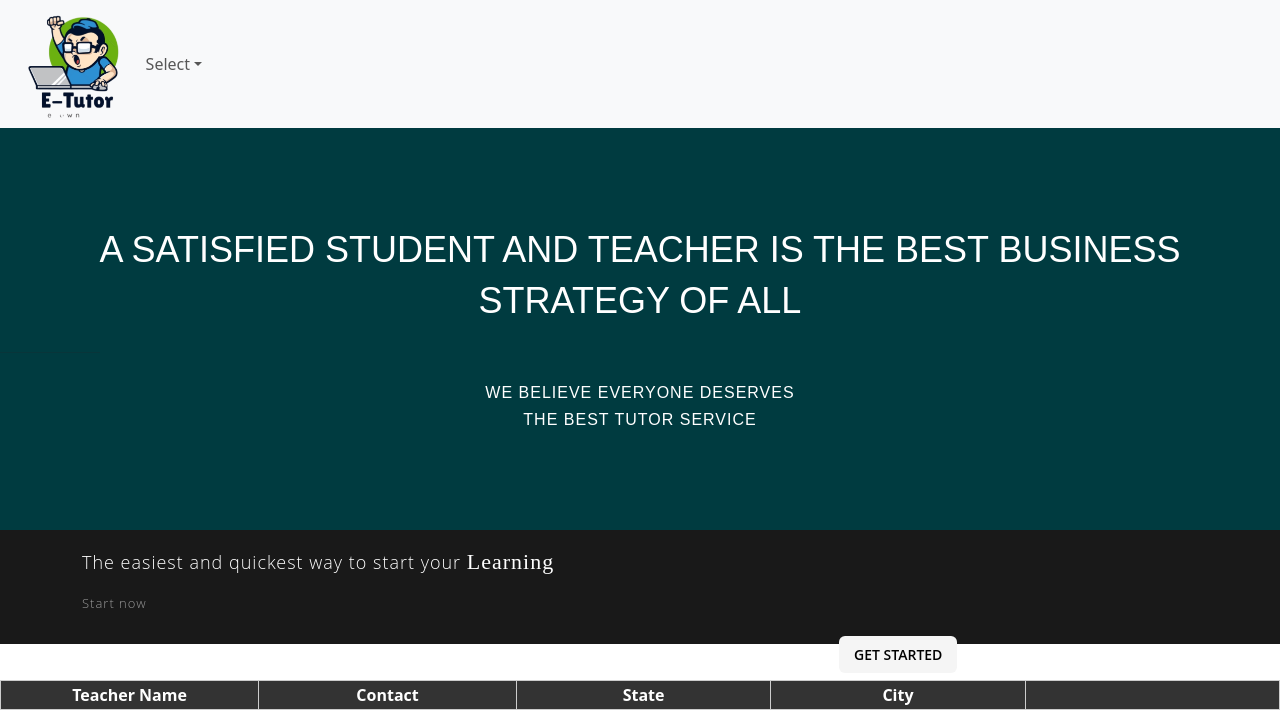
Repository: shailesh89-art/E-tutor-springboot-hibernate
Page: http://localhost/TUTOR_INVENTOR_1/pages/list_searching_tutor.jsp
The author's editor kept a copy of each file at every save. The page is drawn from the files as they stood at one save, then again after the next save.
The browser window is 1280 px wide. The pictures show the whole page.
The page is served by Tomcat 9. Other server files are loaded and not shown. The template is opened directly, without the code that normally fills it, so the values that code supplies are empty.

Above is the page before, as saved 2023-05-03 14:54:03.

### TUTOR_INVENTOR_1/src/main/webapp/pages/list_searching_tutor.jsp
<%@ taglib uri="http://www.springframework.org/tags/form" prefix="form"%> <%@ taglib uri="http://java.sun.com/jsp/jstl/core" prefix="c"%>
<!doctype html>
<html lang="en">
  <head>
    <!-- Required meta tags -->
    <meta charset="utf-8">
    <meta name="viewport" content="width=device-width, initial-scale=1, shrink-to-fit=no">

    <!-- Bootstrap CSS -->
      <link href="https://cdn.jsdelivr.net/npm/bootstrap@5.3.0-alpha1/dist/css/bootstrap.min.css" rel="stylesheet" integrity="sha384-GLhlTQ8iRABdZLl6O3oVMWSktQOp6b7In1Zl3/Jr59b6EGGoI1aFkw7cmDA6j6gD" crossorigin="anonymous">
    <script src="https://cdn.jsdelivr.net/npm/bootstrap@5.3.0-alpha1/dist/js/bootstrap.bundle.min.js" integrity="sha384-w76AqPfDkMBDXo30jS1Sgez6pr3x5MlQ1ZAGC+nuZB+EYdgRZgiwxhTBTkF7CXvN" crossorigin="anonymous"></script>
    <link rel="stylesheet" href="https://cdnjs.cloudflare.com/ajax/libs/font-awesome/4.7.0/css/font-awesome.min.css">
      <title>Tutor Search List</title>
    <style>




     .banner {

            background-size: cover;
            background-repeat: no-repeat;
            background-position: center center;
            width: 100%;
            height: 100%;
              background-color: #00838F;
        }

        .banner .opacity_overlay {
            height: 100%;
            width: 100%;
            background: rgba(0, 0, 0, 0.55);
            padding-top: 100px;
        }

        .banner .opacity_overlay .info {
            text-align: center;
            font-family: 'Montserrat', sans-serif;
        }

        .banner .opacity_overlay .info h2 {
            color: #fff;
            text-transform: uppercase;
            font-size: 36px;
        }

        .banner .opacity_overlay .info hr {
            width: 100px;
            margin-top: 30px;
            margin-bottom: 30px;
        }

        .banner .opacity_overlay .info h3 {
            color: #fff;
            text-transform: uppercase;
            font-size: 16px;
            letter-spacing: 1px;
        }

        .banner .opacity_overlay .secondary_layer {
            background: #191919;
            margin-top: 100px;
            padding-top: 15px;
            padding-bottom: 15px;
            font-family: "Open Sans", Arial, sans-serif;
        }

        .banner .opacity_overlay .secondary_layer .msg {
            font-size: 18px;
            color: #fff;
            font-weight: 300;
            letter-spacing: 1px;
        }

        .banner .opacity_overlay .secondary_layer .msg span {
            font-family: "Shadows Into Light", cursive;
            font-size: 22px;
        }

        .banner .opacity_overlay .secondary_layer .quote {
            font-size: 13px;
            color: #999;
            font-weight: 300;
            letter-spacing: 1px;
        }

        .banner .opacity_overlay .secondary_layer .btn {
            text-decoration: none;
            color: #000;
        }

        .banner .opacity_overlay .secondary_layer .btn button {
            background: #F5F5F5;
            border: none;
            border-radius: 6px;
            padding: 8px 15px;
            text-transform: uppercase;
            font-weight: 600;
            font-size: 14px;
            outline: none;
            transition: background-color 0.2s ease;
        }

        .banner .opacity_overlay .secondary_layer .btn button:hover {
            background: #000;
            color: #fff;
        }

        /* Font size change on browser resize */

        @media screen and (max-width: 991px) {
        .banner .opacity_overlay .info h2 {
            font-size: 30px;
        }
        }

        @media screen and (max-width: 768px) {
        .banner .opacity_overlay .info h2 {
            font-size: 26px;
        }
        }

        @media screen and (max-width: 631px) {
        .banner .opacity_overlay .info h2 {
            font-size: 22px;
        }
        }

        @media screen and (max-width: 534px) {
        .banner .opacity_overlay .info h2 {
            font-size: 20px;
        }
        }

        @media screen and (max-width: 991px) {
        .banner .opacity_overlay .info h3 {
            font-size: 12px;
        }
        }

        @media screen and (max-width: 534px) {
        .banner .opacity_overlay .info h3 {
            font-size: 10px;
        }
        }

        @media screen and (max-width: 768px) {
        .banner .opacity_overlay .secondary_layer .msg {
            font-size: 16px;
        }
        }

        @media screen and (max-width: 534px) {
        .banner .opacity_overlay .secondary_layer .msg {
            font-size: 13px;
        }
        }

        @media screen and (max-width: 768px) {
        .banner .opacity_overlay .secondary_layer .msg span {
            font-size: 18px;
        }
        }

        @media screen and (max-width: 534px) {
        .banner .opacity_overlay .secondary_layer .msg span {
            font-size: 16px;
        }

        }
        }
        /*search button*/




        .advanced{

            text-decoration: none;
            font-size: 15px;
            font-weight: 500;
        }


        .btn-secondary,
        .btn-secondary:focus,
        .btn-secondary:active


         {
            color: #fff;
            background-color: #00838f !important;
            border-color: #00838f !important;
            box-shadow: none;
        }


        .advanced{

            color: #00838f !important;
        }




    /* for table csss*/
    table {
  width: 100%;
  border-collapse: collapse;
	}
	tr:nth-of-type(odd) {
  background: #eee;
}
th {
  background: #333;
  color: white;
  font-weight: bold;
}
#tb{

	background:white;
}
td, th {
width:5%;
  padding: 2px;
  border: 1px solid #ccc;
  text-align: center;
}
@media screen and (max-width: 600px) {
 table {
  width: 100%;
  border-collapse: collapse;
	}
	tr:nth-of-type(odd) {
  background: #eee;
}
th {
  background: #333;
  color: white;
  font-weight: bold;
}
#tb{

	background:white;
}
td, th {
width:5%;
  padding: 2px;
  border: 1px solid #ccc;
  text-align: center;
}
}







#logo{
        width: 10%;
      }
      @media only screen and (max-width:767px){


     #logo{
        width: 19%;
      }

}






/* general styling */


   }
    </style>
  </head>
  <body>
  <nav class="navbar navbar-expand-lg navbar-light bg-light">
        <div class="container-fluid">
         <img  id="logo" src="Assets/imgs/Screenshot_(160)-transformed (1)-fotor-bg-remover-20230423203452.png" alt="">
          <button class="navbar-toggler" type="button" data-bs-toggle="collapse" data-bs-target="#navbarColor03" aria-controls="navbarColor03" aria-expanded="false" aria-label="Toggle navigation">
            <span class="navbar-toggler-icon"></span>
          </button>
          <div class="collapse navbar-collapse" id="navbarColor03">
            <ul class="navbar-nav me-auto">

              <li class="nav-item dropdown">
                <a class="nav-link dropdown-toggle" data-bs-toggle="dropdown" href="#" role="button" aria-haspopup="true" aria-expanded="false">Select</a>
                <div class="dropdown-menu">
                  <a class="dropdown-item" href="ebook_list">Ebook</a>
                  <a class="dropdown-item" href="contact_form">Contact us</a>
                  <a class="dropdown-item" href="/parentlogout">Log Out</a>
                  </div>
              </li>

            </ul>
          </div>
        </div>
      </nav>
      <div class="banner">
    	<div class="opacity_overlay">
    		<div class="info">
    			<h2>A satisfied Student and Teacher is the best business</h2>
    			<h2>strategy of all</h2>
    			<hr>
    			<h3>We believe everyone deserves</h3>
    			<h3>The best tutor service</h3>
    		</div>

    		<div class="secondary_layer">
    			<div class="container">
    				<div class="col-md-8 col-sm-6">
    					<p class="msg">The easiest and quickest way to start your <span>Learning</span></p>
    					<p class="quote">Start now</p>
    				</div>
    				<div class="col-md-4 col-sm-6 pull-right">
    					<a href="ebook_list" class="btn" ><button type="submit">Get Started</button></a>

    				</div>
    			</div>
    		</div>

    	</div>
    </div>
   <div id="tb">
<table>
<tr>

<th style="column-width: 120px;">Teacher Name</th>
<th>Contact</th>
<th>State</th>
<th>City</th>
<th></th>
</tr>
<c:forEach  items="${list_searching_tutor}" var="e">
<tr>

<td>${e.fname} ${e.lname}</td>
<td>${e.contact}</td>
<td>${e.state}</td>
<td>${e.city}</td>
<td>
<a href="send_tutorrequest?id=${e.id}" class="btn btn-primary btn-mid"> Send Request</a></td>




</tr>
</c:forEach>
</table>
</div>

</body>

After the next save:
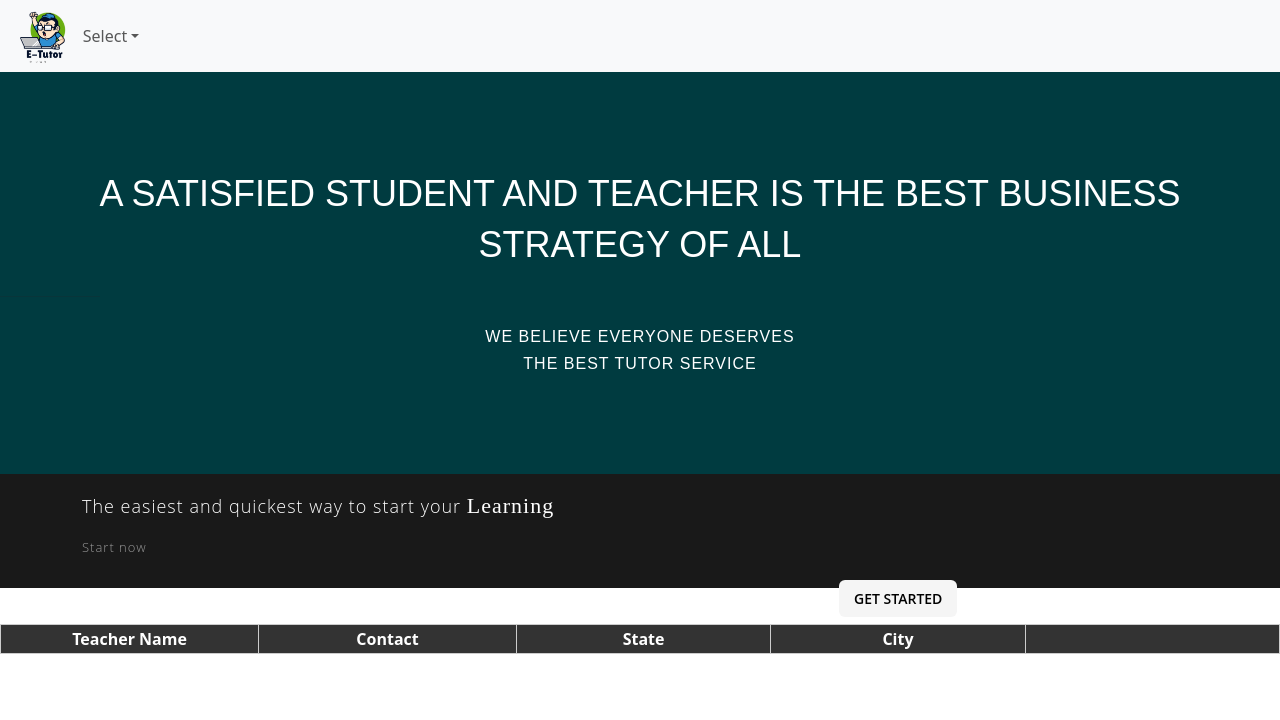
Saved 16 s later.
--- a/TUTOR_INVENTOR_1/src/main/webapp/pages/list_searching_tutor.jsp
+++ b/TUTOR_INVENTOR_1/src/main/webapp/pages/list_searching_tutor.jsp
@@ -258,7 +258,7 @@ width:5%;
 
 
 #logo{
-        width: 10%;
+        width: 5%;
       }
       @media only screen and (max-width:767px){
 
